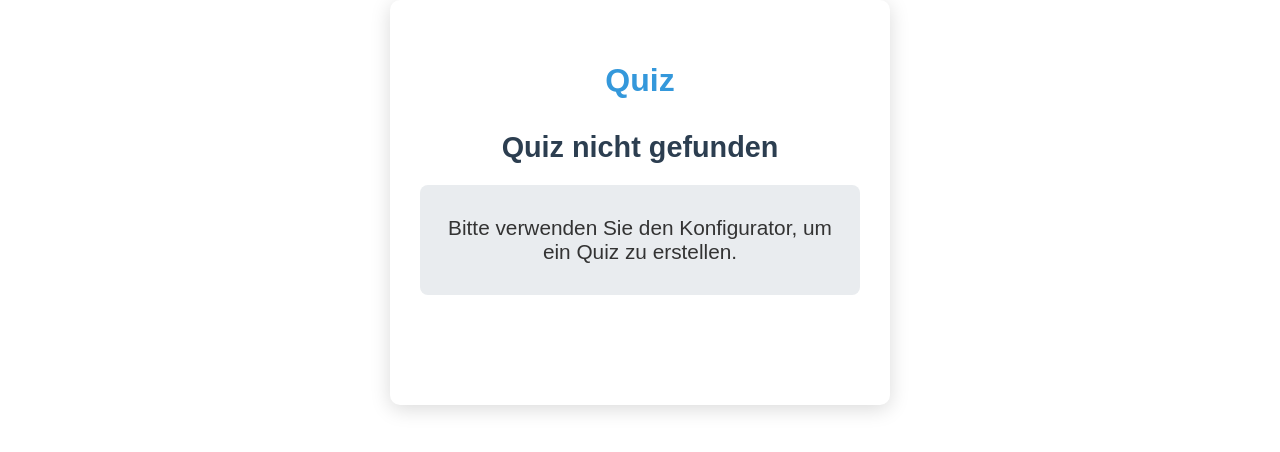
Repository: SandroGansner/LMS-Quiz-Builder
Page: quiz-widget.html
The author's editor kept a copy of each file at every save. The page is drawn from the files as they stood at one save, then again after the next save.
The browser window is 1280 px wide. The pictures show the whole page.

Above is the page before, as saved 2025-06-04 11:04:55.

### quiz-widget.html
<!DOCTYPE html>
<html lang="de">
<head>
    <meta charset="UTF-8">
    <meta name="viewport" content="width=device-width, initial-scale=1.0">
    <title>Interaktives Quiz</title>
    <style>
body {
    font-family: Arial, sans-serif;
    display: block; /* Changed from flex to block */
    justify-content: center;
    align-items: center;
    margin: 0;
    background-color: transparent !important; /* Changed to transparent */
    color: #333;
    transition: background-color 0.3s ease;
}
.quiz-container {
    background-color: f2213b;
    padding: 30px;
    border-radius: 10px;
    box-shadow: 0 4px 20px rgba(0, 0, 0, 0.15);
    width: 100%;
    max-width: 500px;
    text-align: center;
    box-sizing: border-box;
    opacity: 0;
    transform: translateY(20px);
    animation: fadeIn 0.5s forwards;
    margin: 0 auto; /* Added to center the quiz container */
}
@keyframes fadeIn {
    to {
        opacity: 1;
        transform: translateY(0);
    }
}
.quiz-header {
    margin-bottom: 20px;
    text-align: center; /* Added to center the header content */
}
.quiz-logo {
    max-width: 150px;
    height: auto;
    display: block; /* Added to center the logo */
    margin: 0 auto 15px; /* Added to center the logo and add margin */
}
.quiz-title {
    color: #2c3e50;
    font-size: 1.8em;
    margin-top: 0;
    margin-bottom: 20px;
}
.question-text {
    font-size: 1.3em;
    margin-bottom: 25px;
    color: #333;
    min-height: 80px; /* Ensure space even for short questions */
    display: flex;
    align-items: center;
    justify-content: center;
    text-align: center;
    background-color: #e9ecef; /* Light background for question box */
    padding: 15px;
    border-radius: 8px;
}
.options-list {
    list-style: none;
    padding: 0;
    margin: 0;
}
.option-item {
    background-color: #f8f9fa;
    border: 1px solid #ddd;
    border-radius: 8px;
    margin-bottom: 12px;
    padding: 12px 15px;
    cursor: pointer;
    transition: background-color 0.3s ease, border-color 0.3s ease, transform 0.2s ease;
    display: flex;
    align-items: center;
    text-align: left;
}
.option-item:hover {
    background-color: #e2e6ea;
    border-color: #b3d7ff;
    transform: translateY(-2px);
}
.option-item.selected {
    background-color: var(--accent-color, #d1ecf1); /* Example: light blue for selected */
    border-color: var(--accent-color, #bee5eb);
}
.option-item.correct {
    background-color: #d4edda; /* Light green */
    border-color: #28a745;
    color: #155724;
    font-weight: bold;
}
.option-item.incorrect {
    background-color: #f8d7da; /* Light red */
    border-color: #dc3545;
    color: #721c24;
    font-weight: bold;
}
.option-letter {
    font-weight: bold;
    margin-right: 15px;
    color: var(--option-letter-color, #007bff); /* Default blue */
    min-width: 20px; /* Ensure alignment */
    text-align: right;
}
.buttons-container {
    margin-top: 25px;
    display: flex;
    justify-content: center; /* Added to center buttons */
}
button {
    background-color: var(--primary-color, #007bff); /* Default blue */
    color: #fff;
    padding: 12px 25px;
    border: none;
    border-radius: 5px;
    cursor: pointer;
    font-size: 1.1em;
    transition: background-color 0.3s ease, transform 0.2s ease;
    margin: 5px;
}
button:hover {
    background-color: var(--button-hover-color, #0056b3); /* Darker blue on hover */
    transform: translateY(-1px);
}
button:disabled {
    background-color: #cccccc;
    cursor: not-allowed;
}
.feedback-area {
    margin-top: 20px;
    padding: 15px;
    border-radius: 8px;
    text-align: left;
    opacity: 0; /* Hidden by default */
    max-height: 0; /* Hidden by default */
    overflow: hidden;
    transition: opacity 0.5s ease, max-height 0.5s ease;
}
.feedback-area.show {
    opacity: 1;
    max-height: 150px; /* Adjust as needed */
}
.feedback-area.correct-feedback {
    background-color: #d4edda;
    border: 1px solid #28a745;
    color: #155724;
}
.feedback-area.incorrect-feedback {
    background-color: #f8d7da;
    border: 1px solid #dc3545;
    color: #721c24;
}
.feedback-text {
    font-size: 1.1em;
    margin-bottom: 10px;
}
.more-info-link {
    display: inline-block;
    margin-top: 10px;
    color: var(--accent-color, #007bff); /* Use accent color for link */
    text-decoration: none;
    font-weight: bold;
}
.more-info-link:hover {
    text-decoration: underline;
}
.quiz-results {
    margin-top: 30px;
    padding: 20px;
    background-color: #e6f7ff;
    border: 1px solid #99e0ff;
    border-radius: 8px;
    box-shadow: 0 2px 10px rgba(0, 0, 0, 0.08);
    text-align: center;
    opacity: 0;
    transform: translateY(20px);
    animation: fadeIn 0.5s forwards;
}
.quiz-results h2 {
    color: #0056b3;
    font-size: 1.8em;
    margin-bottom: 15px;
}
.score-text {
    font-size: 1.5em;
    font-weight: bold;
    color: #28a745;
    margin-bottom: 20px;
}
.restart-button {
    background-color: #6c757d;
}
.restart-button:hover {
    background-color: #5a6268;
}
/* Custom message box styles */
.message-box {
    position: fixed;
    top: 50%;
    left: 50%;
    transform: translate(-50%, -50%);
    background-color: #333;
    color: white;
    padding: 15px 25px;
    border-radius: 8px;
    box-shadow: 0 5px 15px rgba(0, 0, 0, 0.3);
    z-index: 1000;
    opacity: 0;
    transition: opacity 0.3s ease-in-out;
    pointer-events: none; /* Allows clicks to pass through when hidden */
}
.message-box.show {
    opacity: 1;
    pointer-events: auto;
}
    </style>
</head>
<body>

    <div class="quiz-container">
        <div class="quiz-header">
            <img id="quizLogo" src="" alt="Quiz Logo" class="quiz-logo" style="display: none;">
            <p id="textLogoFallback" style="font-size: 2em; font-weight: bold; display: none; color: var(--primary-color, #000);"></p>
            <h1 class="quiz-title" id="quizOverallTitle"></h1>
        </div>

        <div id="quiz-area">
            <p class="question-text" id="question-text"></p>
            <ul class="options-list" id="options-list">
            </ul>
            <div class="feedback-area" id="feedback-area">
                <p class="feedback-text" id="feedback-text"></p>
                <a href="#" id="more-info-link" class="more-info-link" target="_blank" style="display: none;">Mehr erfahren</a>
            </div>
            <div class="buttons-container">
                <button id="submit-button" disabled>Antwort prüfen</button>
                <button id="next-button" style="display: none;">Nächste Frage</button>
                <button id="show-results-button" style="display: none;">Ergebnisse anzeigen</button>
            </div>
        </div>

        <div id="results-area" class="quiz-results" style="display: none;">
            <h2>Quiz beendet!</h2>
            <p class="score-text">Du hast <span id="correct-answers-count">0</span> von <span id="total-questions-count">0</span> Fragen richtig beantwortet.</p>
            <button class="restart-button" id="restartQuizBtn">Neues Quiz starten</button>
        </div>
    </div>

    <!-- Custom message box -->
    <div id="messageBox" class="message-box"></div>

    <script>
        let quizData = [];
        let currentQuestionIndex = 0;
        let score = 0;
        let config = {};

        const quizContainer = document.querySelector('.quiz-container');
        const quizOverallTitle = document.getElementById('quizOverallTitle');
        const quizLogo = document.getElementById('quizLogo');
        const textLogoFallback = document.getElementById('textLogoFallback');
        const questionText = document.getElementById('question-text');
        const optionsList = document.getElementById('options-list');
        const submitButton = document.getElementById('submit-button');
        const nextButton = document.getElementById('next-button');
        const showResultsButton = document.getElementById('show-results-button');
        const feedbackArea = document.getElementById('feedback-area');
        const feedbackText = document.getElementById('feedback-text');
        const moreInfoLink = document.getElementById('more-info-link');
        const resultsArea = document.getElementById('results-area');
        const correctAnswersCount = document.getElementById('correct-answers-count');
        const totalQuestionsCount = document.getElementById('total-questions-count');
        const quizArea = document.getElementById('quiz-area');
        const restartQuizBtn = document.getElementById('restartQuizBtn');
        const messageBox = document.getElementById('messageBox'); // Custom message box

        /**
         * Displays a temporary message to the user.
         * @param {string} message - The message to display.
         * @param {number} duration - The duration in milliseconds for which the message should be visible.
         */
        function showMessage(message, duration = 2000) {
            messageBox.textContent = message;
            messageBox.classList.add('show');
            setTimeout(() => {
                messageBox.classList.remove('show');
            }, duration);
        }

        /**
         * Parses the quiz configuration from the URL.
         * @returns {object} The parsed configuration object.
         */
        function getConfigFromUrl() {
            const urlParams = new URLSearchParams(window.location.search);
            const encodedConfig = urlParams.get('config');
            if (encodedConfig) {
                try {
                    const decoded = atob(encodedConfig); // Decode Base64
                    return JSON.parse(decoded);
                } catch (e) {
                    console.error("Fehler beim Dekodieren oder Parsen der Quiz-Konfiguration:", e);
                    showMessage("Fehler beim Laden des Quiz. Konfiguration ist ungültig.");
                    return null;
                }
            }
            return null;
        }

        /**
         * Applies the loaded configuration to the quiz display and styling.
         */
        function applyConfig() {
            if (!config) {
                console.warn("Keine Konfiguration geladen. Verwende Standardwerte.");
                // Fallback to some defaults if config is empty
                document.documentElement.style.setProperty('--primary-color', '#3498db');
                document.documentElement.style.setProperty('--accent-color', '#2980b9');
                document.documentElement.style.setProperty('--option-letter-color', '#3498db');
                document.documentElement.style.setProperty('--button-hover-color', '#2980b9');
                quizOverallTitle.textContent = "Standard Quiz";
                quizLogo.style.display = 'none';
                textLogoFallback.style.display = 'block';
                textLogoFallback.textContent = "Quiz";
                quizData = []; // Ensure quizData is empty if no config
                return;
            }

            quizData = config.quizData || [];
            quizOverallTitle.textContent = config.quizTitle || "Unbenanntes Quiz";

            if (config.logoImgSrc) {
                quizLogo.onload = () => {
                    quizLogo.style.display = 'block';
                    textLogoFallback.style.display = 'none';
                };
                quizLogo.onerror = () => {
                    console.error("Fehler beim Laden des Logos:", config.logoImgSrc);
                    quizLogo.style.display = 'none';
                    textLogoFallback.style.display = 'block';
                    textLogoFallback.textContent = config.textLogoFallbackContent || "Quiz";
                };
                quizLogo.src = config.logoImgSrc;
                quizLogo.style.display = 'none'; // Initially hide, show on load
            } else if (config.textLogoFallbackContent) {
                textLogoFallback.textContent = config.textLogoFallbackContent;
                textLogoFallback.style.display = 'block';
                quizLogo.style.display = 'none';
            } else {
                quizLogo.style.display = 'none';
                textLogoFallback.style.display = 'none';
            }

            // Apply custom colors if provided
            document.documentElement.style.setProperty('--primary-color', config.primaryColor || '#FF0000');
            document.documentElement.style.setProperty('--accent-color', config.accentColor || '#B30000');
            document.documentElement.style.setProperty('--option-letter-color', config.optionLetterColor || '#FF0000');
            document.documentElement.style.setProperty('--button-hover-color', config.buttonHoverColor || '#FF0000');

            // Set background color of the body to the primary color
            document.body.style.backgroundColor = config.primaryColor || '#FF0000';
            // Set button background color to primary color (this will be overridden by hover)
            document.querySelectorAll('button').forEach(btn => {
                btn.style.backgroundColor = config.primaryColor || '#FF0000';
            });
            // Set quiz-container border-color to primary color (or accent if preferred)
            // Note: The quiz-container doesn't have a border in the CSS, so this won't have a visual effect unless border is added.
            // quizContainer.style.borderColor = config.accentColor || '#B30000';
        }


        /**
         * Displays the current question and its options.
         */
        function displayQuestion() {
            feedbackArea.classList.remove('show', 'correct-feedback', 'incorrect-feedback');
            feedbackText.textContent = '';
            moreInfoLink.style.display = 'none';
            moreInfoLink.href = '#';

            submitButton.style.display = 'block';
            submitButton.disabled = true;
            nextButton.style.display = 'none';
            showResultsButton.style.display = 'none';

            optionsList.innerHTML = ''; // Clear previous options

            if (currentQuestionIndex < quizData.length) {
                const question = quizData[currentQuestionIndex];
                questionText.textContent = question.question;

                const optionLetters = ['A', 'B', 'C', 'D', 'E', 'F']; // Max 6 options for now

                question.options.forEach((option, index) => {
                    const listItem = document.createElement('li');
                    listItem.className = 'option-item';
                    listItem.dataset.index = index;
                    listItem.innerHTML = `<span class="option-letter">${optionLetters[index]}.</span> ${option}`;
                    listItem.addEventListener('click', () => selectOption(listItem, index));
                    optionsList.appendChild(listItem);
                });
            } else {
                showResults();
            }
        }

        /**
         * Handles the selection of an option.
         * @param {HTMLElement} selectedOptionElement - The clicked option list item.
         * @param {number} selectedIndex - The index of the selected option.
         */
        function selectOption(selectedOptionElement, selectedIndex) {
            optionsList.querySelectorAll('.option-item').forEach(item => {
                item.classList.remove('selected');
            });
            selectedOptionElement.classList.add('selected');
            submitButton.disabled = false;
        }

        /**
         * Checks the selected answer against the correct answer.
         */
        function checkAnswer() {
            const selectedOption = optionsList.querySelector('.option-item.selected');
            if (!selectedOption) {
                showMessage('Bitte wähle eine Antwort aus!');
                return;
            }

            const selectedAnswerIndex = parseInt(selectedOption.dataset.index);
            const currentQuestion = quizData[currentQuestionIndex];

            // Disable all options and submit button after answering
            optionsList.querySelectorAll('.option-item').forEach(item => {
                item.style.pointerEvents = 'none';
                item.style.cursor = 'default';
            });
            submitButton.disabled = true;
            submitButton.style.display = 'none';

            // Show feedback
            feedbackArea.classList.add('show');

            if (selectedAnswerIndex === currentQuestion.answer) {
                score++;
                feedbackArea.classList.add('correct-feedback');
                feedbackText.textContent = currentQuestion.correctFeedback;
                selectedOption.classList.add('correct');
            } else {
                feedbackArea.classList.add('incorrect-feedback');
                feedbackText.textContent = currentQuestion.incorrectFeedback;
                selectedOption.classList.add('incorrect');
                // Highlight the correct answer
                const correctAnswerElement = optionsList.querySelector(`[data-index="${currentQuestion.answer}"]`);
                if (correctAnswerElement) {
                    correctAnswerElement.classList.add('correct');
                }
            }

            if (currentQuestion.moreInfo) {
                moreInfoLink.href = currentQuestion.moreInfo;
                moreInfoLink.style.display = 'inline-block';
            }

            // Show next or results button
            if (currentQuestionIndex < quizData.length - 1) {
                nextButton.style.display = 'block';
            } else {
                showResultsButton.style.display = 'block';
            }
        }

        /**
         * Moves to the next question or shows results if all questions are answered.
         */
        function nextQuestion() {
            currentQuestionIndex++;
            displayQuestion();
        }

        /**
         * Displays the final quiz results.
         */
        function showResults() {
            quizArea.style.display = 'none';
            resultsArea.style.display = 'block';
            correctAnswersCount.textContent = score;
            totalQuestionsCount.textContent = quizData.length;
        }

        /**
         * Restarts the quiz from the beginning.
         */
        function startQuiz() {
            currentQuestionIndex = 0;
            score = 0;
            quizArea.style.display = 'block';
            resultsArea.style.display = 'none';
            displayQuestion();
        }

        // --- Event Listener Setup ---
        document.addEventListener('DOMContentLoaded', () => {
            submitButton.addEventListener('click', checkAnswer);
            nextButton.addEventListener('click', nextQuestion);
            showResultsButton.addEventListener('click', showResults);
            restartQuizBtn.addEventListener('click', startQuiz); // Listener for the restart button

            config = getConfigFromUrl();
            applyConfig();

            if (config && config.quizData && config.quizData.length > 0) {
                startQuiz();
            } else {
                quizOverallTitle.textContent = "Quiz nicht gefunden";
                questionText.textContent = "Bitte verwenden Sie den Konfigurator, um ein Quiz zu erstellen.";
                quizArea.style.display = 'block';
                submitButton.style.display = 'none';
                nextButton.style.display = 'none';
                showResultsButton.style.display = 'none';
                optionsList.innerHTML = ''; // Clear options if no quiz data
            }
        });

        // Function to send the height of the quiz to the parent window
        function sendQuizHeight() {
            window.parent.postMessage({
                type: 'quizHeight',
                height: document.body.scrollHeight
            }, '*'); // Replace '*' with your editor's origin for security
        }

        // Call sendQuizHeight after the quiz is loaded and whenever the content changes
        window.addEventListener('load', sendQuizHeight);
        // You might need to call sendQuizHeight after certain actions that change the height of the quiz, like displaying feedback or results.

    </script>

</body>
</html>

After the next save:
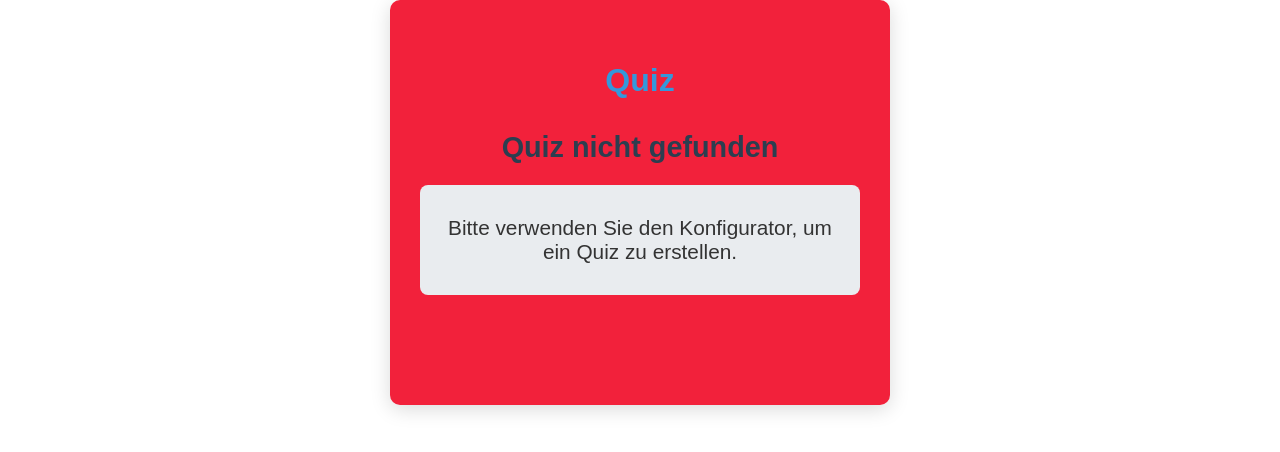
Saved 31 s later.
--- a/quiz-widget.html
+++ b/quiz-widget.html
@@ -16,7 +16,7 @@ body {
     transition: background-color 0.3s ease;
 }
 .quiz-container {
-    background-color: f2213b;
+    background-color: #f2213b;
     padding: 30px;
     border-radius: 10px;
     box-shadow: 0 4px 20px rgba(0, 0, 0, 0.15);
